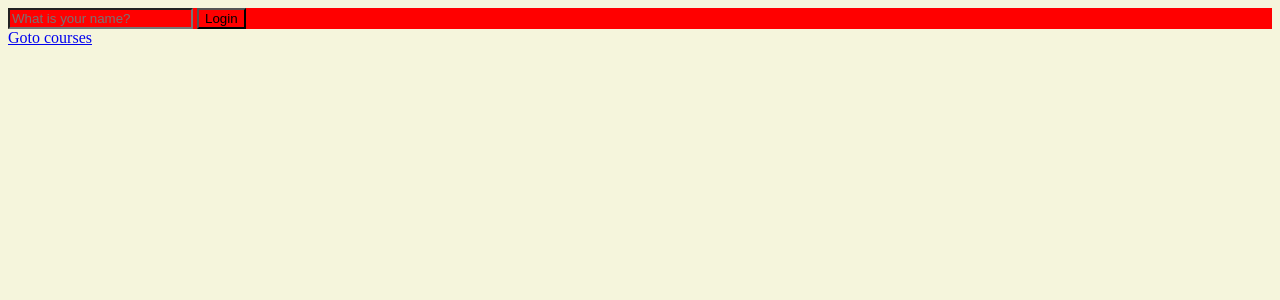
Repository: eunsuneun/js-momentum
Page: index.html
An editor plug-in stored every save of this project. The page is shown before and after a run of saves, followed by the edit.
The browser window is 1280 px wide. The pictures show the whole page.

Above is the page before, as saved 2021-08-31 16:37:50.

### index.html
<!DOCTYPE html>
<html lang="en">

<head>
  <meta charset="UTF-8">
  <meta name="viewport" content="width=device-width, initial-scale=1.0">
  <link rel="stylesheet" href="style.css">
  <script src="app.js"></script>
  <title>Momentum</title>
</head>
<form class="login-form">
  <input type="text" placeholder="What is your name?">
  <button>Login</button>
</form>
<a href="https://www.naver.com/">Goto courses</a>

<body>

</body>

</html>

### style.css
body {
  background: beige;
}

### app.js
document.addEventListener('DOMContentLoaded', () => {
  const $loginForm = document.querySelector('.login-form');
  const $loginInput = $loginForm.querySelector('input');
  const $loginButton = $loginForm.querySelector('button');
  $loginForm.style.background = 'red';
  $loginInput.style.background = 'red';
  $loginButton.style.background = 'red';
  function onLoginSubmit(event) {
    event.preventDefault();
    const userName = $loginInput.value;
    if (userName === '') console.log('please write your name');
    else if (userName.length > 15) console.log('your name is too long');
    else console.log(userName);
  }
  $loginForm.addEventListener('submit', onLoginSubmit);
  const $a =document.querySelector('a')

});

After the next 3 saves:
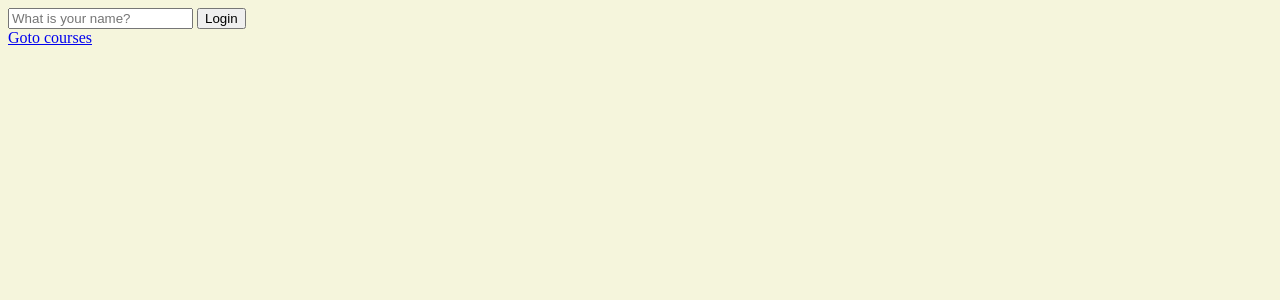
Console error: SyntaxError: Unexpected token ')'
The 3 saves are shown as one change because they came seconds apart.
The last was saved 10 s later.
--- a/app.js
+++ b/app.js
@@ -14,5 +14,5 @@
   }
   $loginForm.addEventListener('submit', onLoginSubmit);
   const $a =document.querySelector('a')
-
+$a.addEventListener('click',function(e))
 });

After the 5 saves that followed:
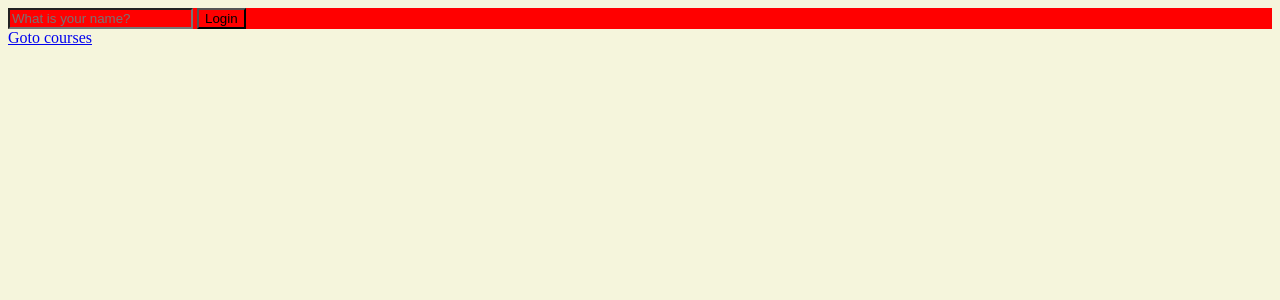
The error is gone.
The 5 saves are shown as one change because 1 left the picture as it was and some came seconds apart.
The last was saved 16 s later.
--- a/app.js
+++ b/app.js
@@ -13,6 +13,6 @@
     else console.log(userName);
   }
   $loginForm.addEventListener('submit', onLoginSubmit);
-  const $a =document.querySelector('a')
-$a.addEventListener('click',function(e))
+  const $a = document.querySelector('a');
+  $a.addEventListener('click', e => e.preventDefault());
 });
